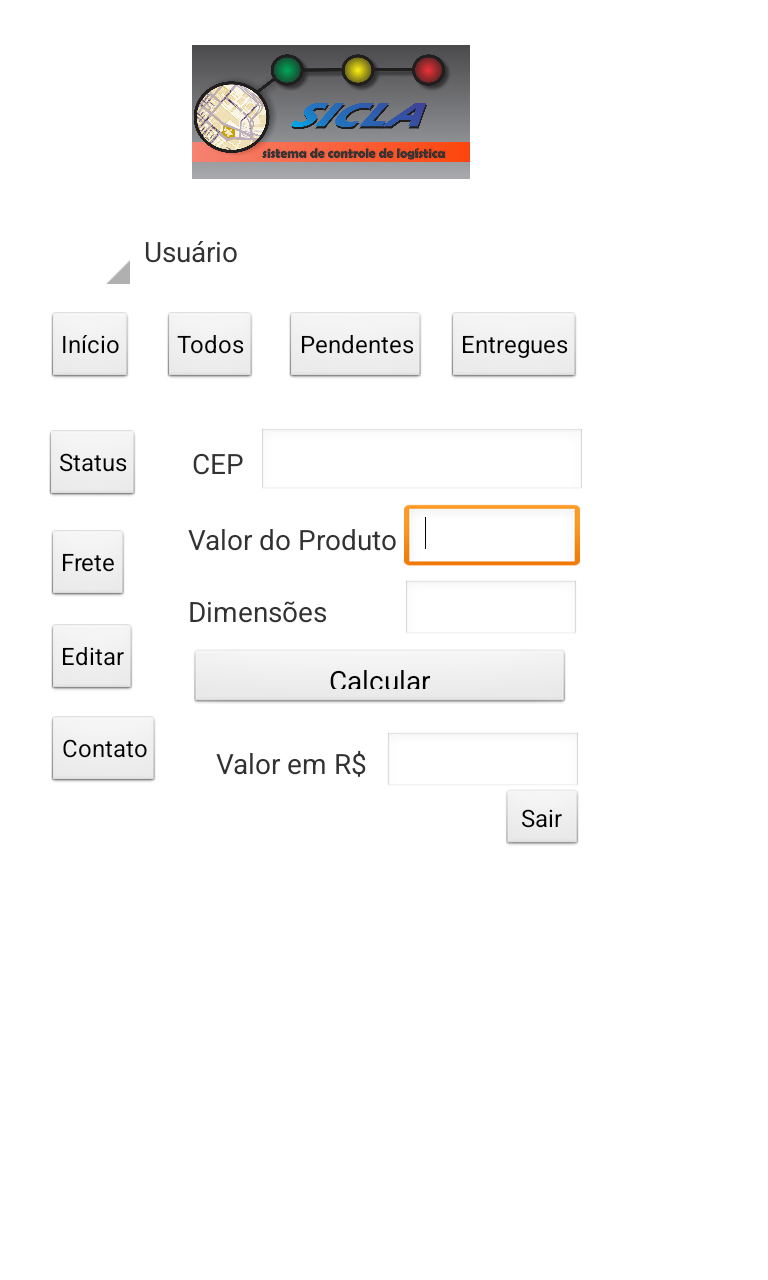
Repository: danielpedroza/SICLA
Layout: Sicla/res/layout/fretecliente.xml
An editor plug-in stored every save of this project. The layout is shown before and after the next save, followed by the edit.
It is drawn on a 768 x 1280 px phone screen (xhdpi) without system bars, with theme AppTheme; the app's code is not run.

Above is the layout before, as saved 2013-07-06 06:53:02.

After the next save:
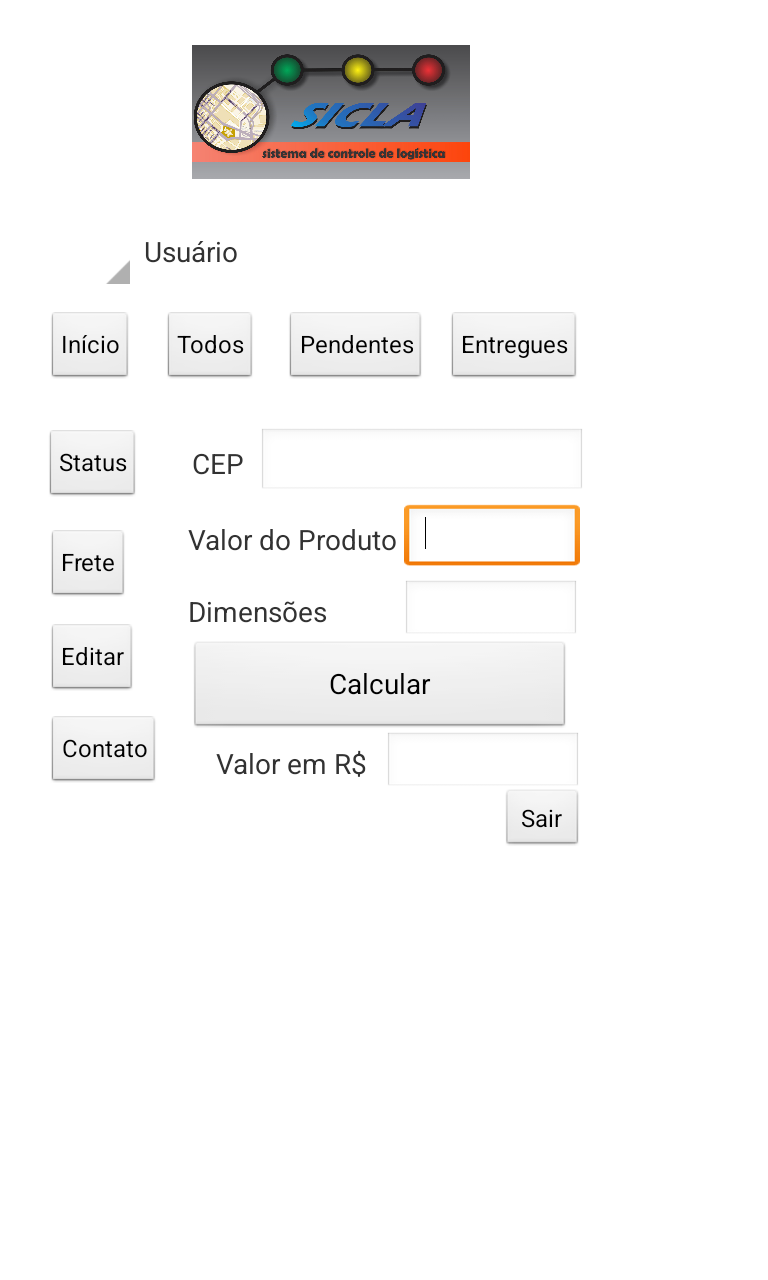
Saved 85 s later.
--- a/Sicla/res/layout/fretecliente.xml
+++ b/Sicla/res/layout/fretecliente.xml
@@ -186,9 +186,9 @@
         <Button
             android:id="@+id/button3"
             android:layout_width="192dp"
-            android:layout_height="32dp"
+            android:layout_height="wrap_content"
             android:layout_x="78dp"
-            android:layout_y="308dp"
+            android:layout_y="304dp"
             android:text="Calcular" />
 
         <EditText
